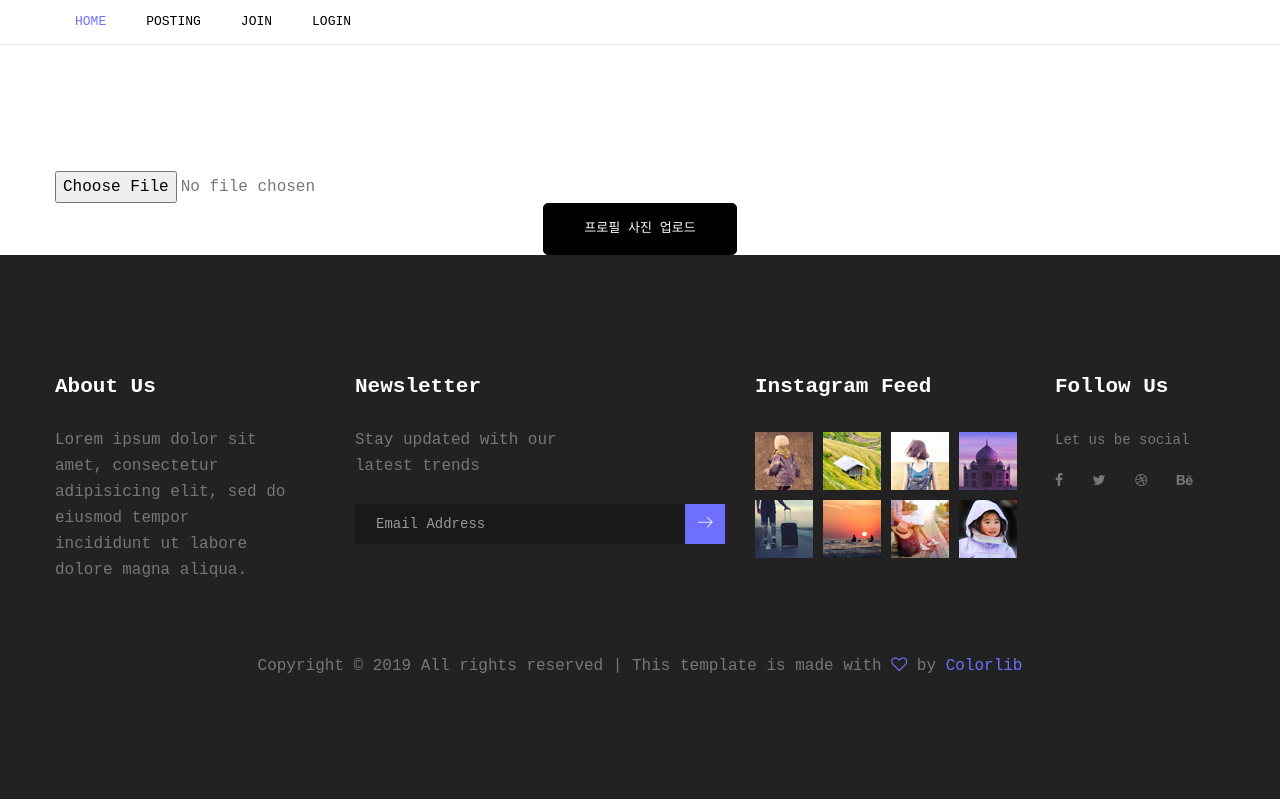
Repository: cwj2306/blog_project_2
Page: http://localhost/blog/user/userProfileForm.jsp
These files come from the project's save history. The page is drawn as it stood at one moment and after the next save; the edit follows.
The browser window is 1280 px wide. The pictures show the whole page.
Some web fonts or font styles are not loaded; a fallback is used. The page is served by Tomcat 9.

Above is the page before, as saved 2019-11-12 06:26:02.

After the next save:
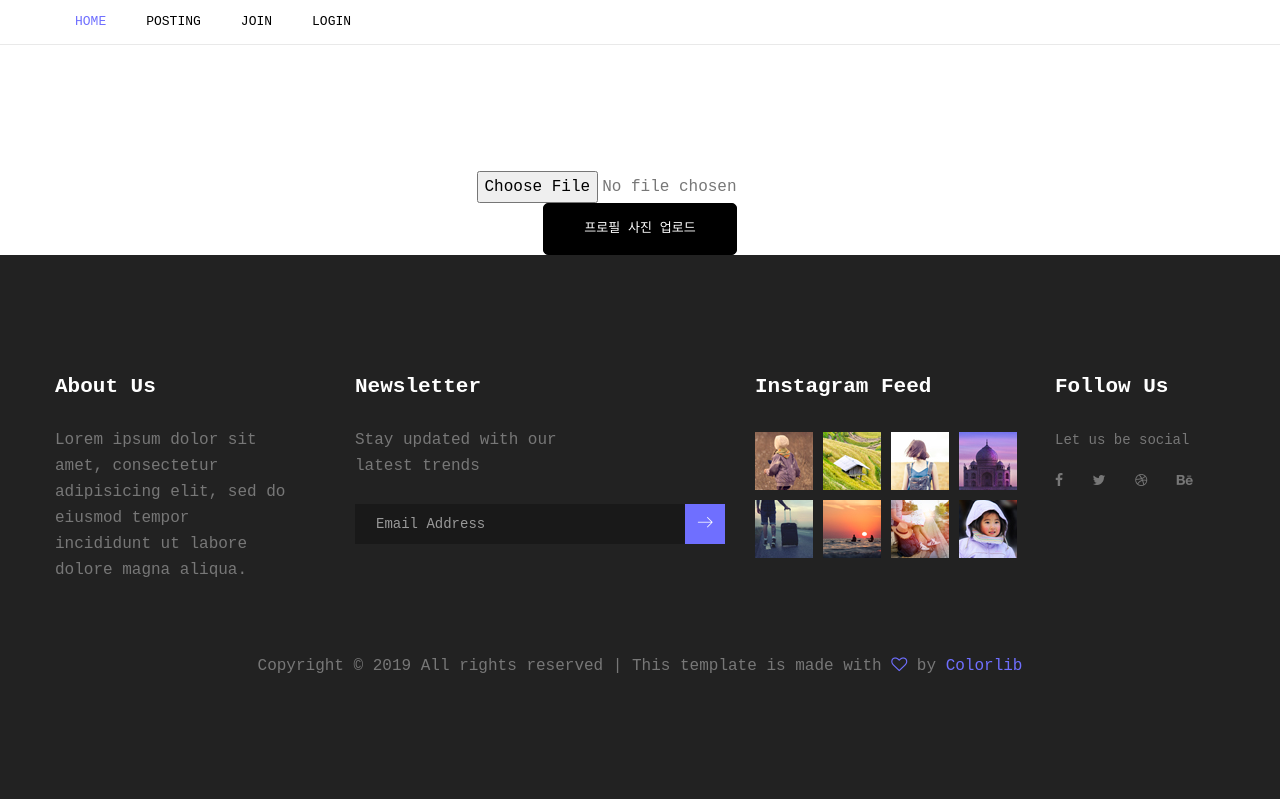
Saved 40 s later.
--- a/blog/WebContent/user/userProfileForm.jsp
+++ b/blog/WebContent/user/userProfileForm.jsp
@@ -20,8 +20,8 @@
 
 				<!-- enctype는 mime타입에서 찾아봐서 써주자 -->
 				<form action="/blog/user?cmd=uploadProfileImg" method="POST" enctype="multipart/form-data">
-					<input id="img__input" type="file" name="userProfile" /><br />
 					<div class="col-md-12 text-center">
+						<input id="img__input" type="file" name="userProfile" /><br />
 						<input type="submit" class="btn submit_btn" value="프로필 사진 업로드" />
 					</div>
 				</form>
